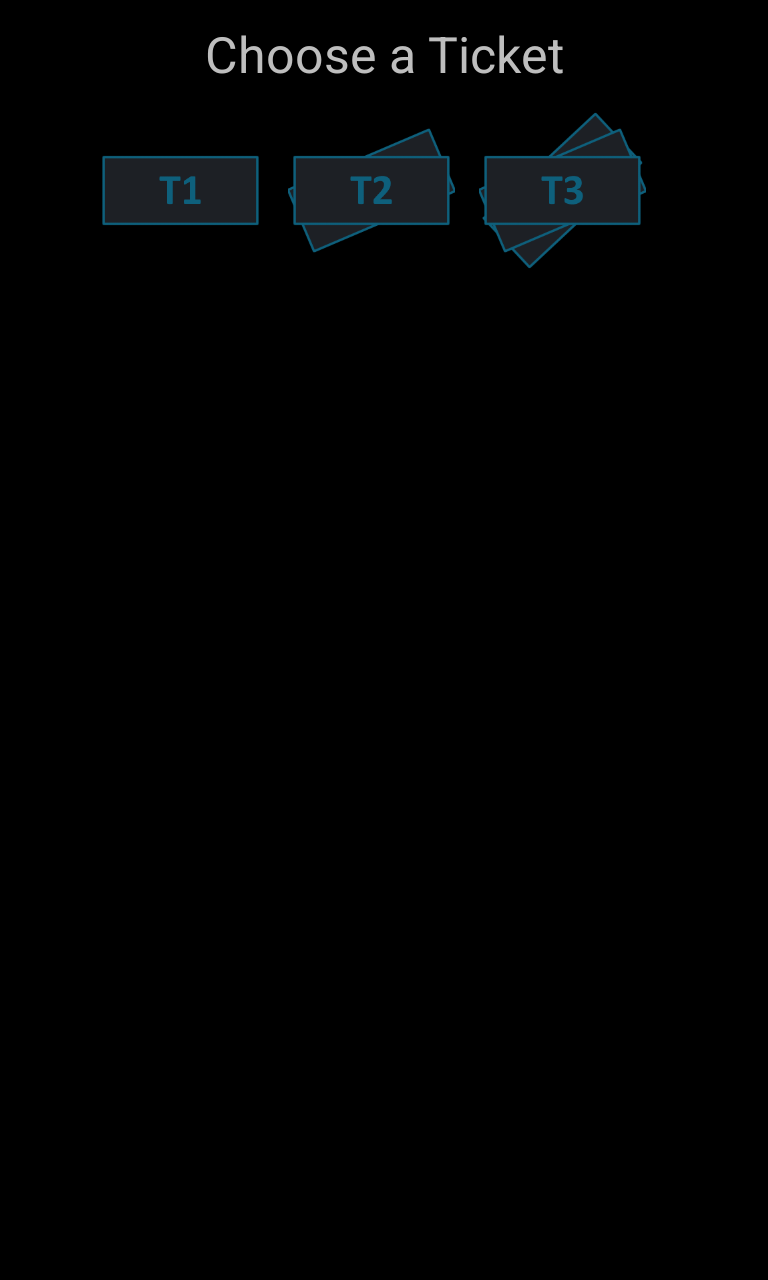
Repository: Nelspike/BusTicketer
Layout: PassengerMode/res/layout/fragment_show_tickets.xml
An editor plug-in stored every save of this project. The layout is shown before and after the next save, followed by the edit.
It is drawn on a 768 x 1280 px phone screen (xhdpi) without system bars, with theme AppTheme; the app's code is not run.

Above is the layout before, as saved 2013-10-19 20:06:17.

After the next save:
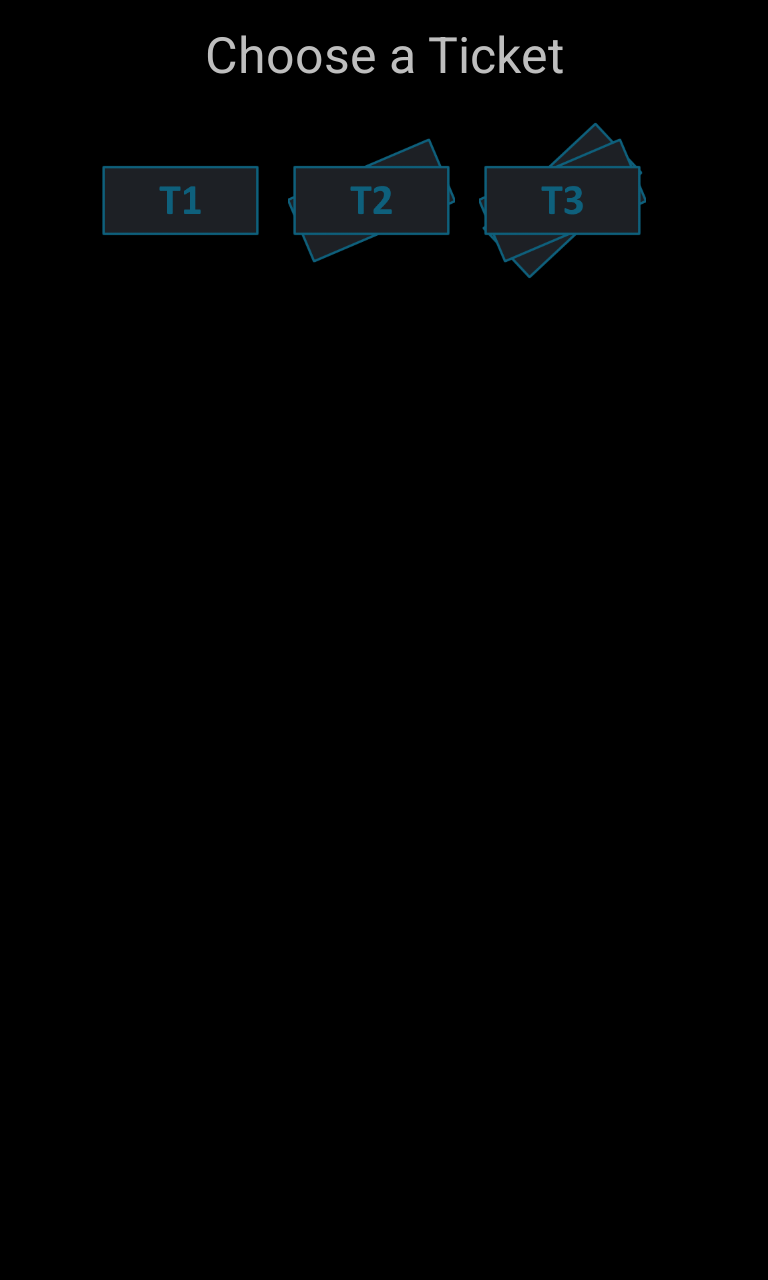
Saved 4 s later.
--- a/PassengerMode/res/layout/fragment_show_tickets.xml
+++ b/PassengerMode/res/layout/fragment_show_tickets.xml
@@ -22,7 +22,7 @@
 		    android:layout_height="wrap_content"
 		    android:orientation="horizontal"
 		    android:gravity="center"
-        	android:paddingTop="10dp">
+        	android:paddingTop="15dp">
 
 		    <RadioButton
 		        android:button="@drawable/t1"
